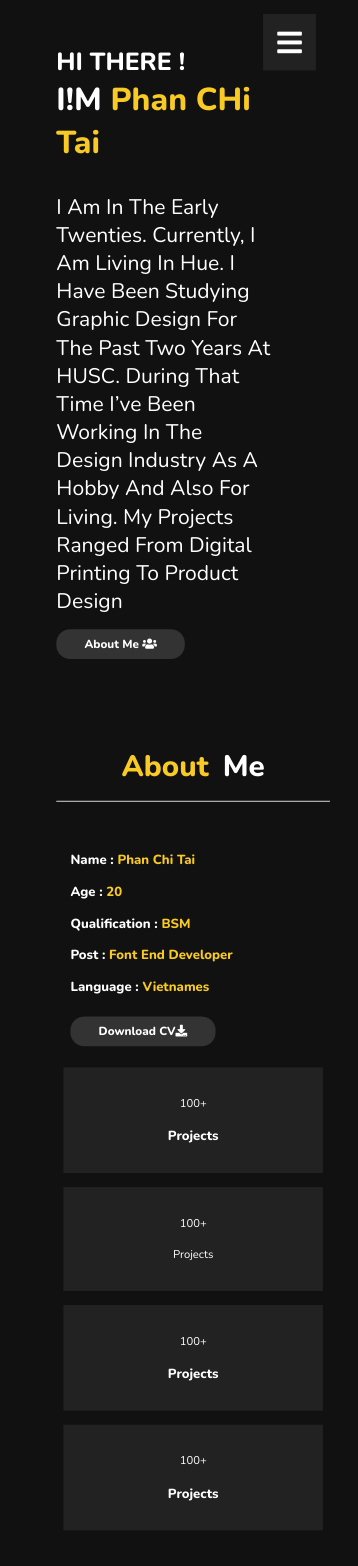
Repository: PCTai/My-profile
Page: index.html
An editor plug-in stored every save of this project. The page is shown before and after the next save, followed by the edit.
The browser window is 375 px wide. The page is 375 px wide, then 407 px, so the pictures cover 407 px, including what lies to the right of the window. The pictures show the whole page, at 88% of full size.

Above is the page before, as saved 2021-11-26 09:42:18.

### index.html
<!DOCTYPE html>
<html lang="en">
<head>
    <meta charset="UTF-8">
    <meta http-equiv="X-UA-Compatible" content="IE=edge">
    <meta name="viewport" content="width=device-width, initial-scale=1.0">
    <link rel="preconnect" href="https://fonts.googleapis.com">
    <link rel="preconnect" href="https://fonts.gstatic.com" crossorigin>
    <link href="https://fonts.googleapis.com/css2?family=Nunito:ital,wght@0,400;0,600;0,800;1,200;1,300&display=swap" rel="stylesheet">
    <link rel="stylesheet" href="/assets/font/fontawesome-free-5.15.3-web/css/all.css">

    <link rel="stylesheet" href="/assets/css/style.css">
    <link rel="stylesheet" href="/assets/css/reponsive.css">
    <title>Document</title>
</head>
<body>
    <!-- Header start -->
    <header>
        <div class="user">
            <img src="/assets/imgs/user.jpg" alt="">
            <h3 class="name">Phan Chi Tai</h3>
            <div class="post">Font End Deverloper</div>
        </div>
        <div class="navbar">
            <ul>
                <li><a href="#home">home</a></li>
                <li><a href="#about">About</a></li>
                <li><a href="#education">Education</a></li>
                <li><a href="#portfolio">Portfolio</a></li>
                <li><a href="#contact">Contact</a></li>
            </ul>
        </div>
    </header>
    <!-- Header end -->
    <div id="menu"class="fas fa-bars">
    </div>
    <!-- start home -->
    <section id="home" class="home">

        <h3>HI THERE !</h3>
        <h1>I!M <span>Phan CHi Tai</span></h1>
        <p>I am in the early twenties. Currently, I am living in Hue. I have been studying graphic design for the past two years at  HUSC. During that time I’ve been working in the design industry as a hobby and also for living. My projects ranged from digital printing to product design</p>
        <a href="#about"> <button class="btn">About me <i class="fas fa-users"></i></button></a>


    </section>
    <!-- end home -->
    <!-- start about -->
    <section id="about" class="about">
        <div class="heading"><h1><span>About</span>Me</h1></div>
        <div class="row">
            <div class="info">
                <h3>Name : <span>Phan Chi Tai</span></h3>
                <h3>Age : <span>20</span></h3>
                <h3>Qualification : <span>BSM</span></h3>
                <h3>Post : <span>Font End Developer</span></h3>
                <h3>Language : <span>Vietnames</span></h3>
                <a href="#about"> <button class="btn">Download CV<i class="fas fa-download"></i></button></a>
            </div>
            <div class="counter">
                <div class="box">
                    <span>100+</span>
                    <br>
                    <h3>projects</h3>
                </div>
                <div class="box">
                    <span>100+</span>
                    <br>
                    <p>projects</p>
                </div>
                <div class="box">
                    <span>100+</span>
                    <br>
                    <h3>projects</h3>
                </div>
                <div class="box">
                    <span>100+</span>
                    <br>
                    <h3>projects</h3>
                </div>
            </div>
        </div>
    </section>
    <!-- end about -->
    <script src="/app.js"></script>
</body>
</html>

### assets/css/style.css
:root{
    --yellow: #f9ca24;
}
*{
    font-family: 'Nunito', sans-serif;
    margin: 0;padding: 0;
    box-sizing: border-box;
    text-decoration: none;
    outline: none;border: none;
    text-transform: capitalize;
    transition: all .2s linear;
}
html{
    font-size: 62,5%;
    overflow: hidden;
}
::selection{
    background-color: var(--yellow);
    color: #333;

}
html::-webkit-scrollbar{
    width: 2rem;
}
html::-webkit-scrollbar-track{
    background-color: #333;
}
html::-webkit-scrollbar-thumb{
    background-color: var(--yellow);
}
body{
    padding-left: 25rem;
    background: #111;
}
header{
    position: fixed;
    top: 0;
    left: 0;
    z-index: 1000;
    height: 100%;
    display: flex;
    flex-direction: column;
    justify-content: center;
    align-items: center;
    width: 25rem;
    background-color: #1a1a1a;
}

.user img{
    margin-top: 2rem;
    height: 14rem;
    width: 14rem;
    border-radius: 50%;
    object-fit: cover;
    border: 0.5rem solid var(--yellow);

}
header .user .name{
    text-align: center;
    font-size: 2rem;
    color: #fff;
}
header .user .post{
    text-align: center;
    font-size: 1.5rem;
    color: #eee;
}
header .navbar ul{
    margin-top: 1rem;
    list-style: none;
    padding: 1rem 3rem;
}
header .navbar ul li a:hover{
    background-color: var(--yellow);
}
header .navbar ul li a{
    display: block;
    padding: 0.5rem 6rem;
   margin-bottom: 0.8rem;
   background-color: #333;
   color: #fff;
   font-size: 1.5rem;
   border-radius: 5rem;
   text-align: center;
   cursor: pointer;
}
#menu:hover{
    color: var(--yellow);
}


#menu{
    position: fixed;
    z-index: 1000;
    top: 1rem;
    right: 1rem;
    color: #fff;
    padding: 1rem;
    background-color: #222;
    font-size: 2rem;
    cursor: pointer;
}
section{
    min-height: 100vh;
    padding: 1rem;
}
/* home */
.home{
    font-size: 1.5rem;
    color: #fff;
    display: flex;
    flex-direction: column;
    padding: 0 2rem;
    justify-content: center;
}
.btn:hover{
    background-color: var(--yellow);
    cursor: pointer;
}
.btn{
    padding: 0.5rem 2rem;
    border-radius: 1rem;
    margin-top: 1rem;
    font-weight: bold;
    background-color: #333;
    color: #fff;
}
.home span{
    color: var(--yellow);
    margin-bottom: 2rem;

}
.home h1{
    margin-bottom: 2rem;

}
/* about */
.about{
    color: #fff;
    margin: 0 2rem;
}
.heading{
    font-size: 2rem;
    text-align: center;
    padding: 1rem;
    border-bottom: 0.1rem solid #eee;

}
.heading span{
    color: var(--yellow);
    padding-right: 1rem;
}
.info{
    flex: 1 1 45%;
    padding: 1rem;
    padding-left: 1rem;

}
.info span{
    color: var(--yellow);
}
.info h3{
    padding: 0.5rem 0;
}
.row{
    margin-top: 2rem;
    display: flex;
    justify-content: center;
    align-items: center;
    flex-wrap: wrap;

}
.counter{
    flex:1 1 55%;
    width: 55%;
    justify-content: center;
    display: flex;
    flex-wrap: wrap;

}
.box{
    background-color: #222;
    width: 7.5rem;
    padding: 2rem 0;
    text-align: center;
    margin: 0.5rem;
    display: flex;
    flex-direction: column;
    align-items: center;
    justify-content: center;

}

### assets/css/reponsive.css

@media (min-width:1200px){
    #menu{
        display: none;
    }
    .box{
        width: 11rem;
    }
}
@media (max-width:1024px){
    header{
        left: -125%;
    }
    body{
        padding: 0 2rem;
    }
    #menu{
        display: block;
    }
    .box{
        width: 9rem;
    }
}
@media (max-width:486px){

    section{
        width: 100%;
        font-size: 60%;
        padding: 2rem 0;
        padding-left: 0;
    }
    header{
        width: 100vw;
    }
   .info,.counter{
        width: 100%;
   }
   .about{
       font-size: 80%;
   }
   .heading{
       font-size: 1.4rem;
   }
   .box{
    width: 100%;
}

}
@media (max-width:939px){
    .row{
        flex-direction: column;
    }
    .info,.counter{
        width: 100%;
   }

}

### app.js

var menu=document.getElementById('menu');
var header=document.querySelector('header');
menu.onclick=function(e){
    if(this.className=='fas fa-bars'){
        this.classList.remove('fa-bars');
        this.classList.add('fa-times');
        header.style='left:0%';
    }
    else{
        this.classList.remove('fa-times');
        this.classList.add('fa-bars');
        header.style='left:-125%';
    }
};

Loaded but not shown: assets/font/fontawesome-free-5.15.3-web/css/all.css (library)

After the next save:
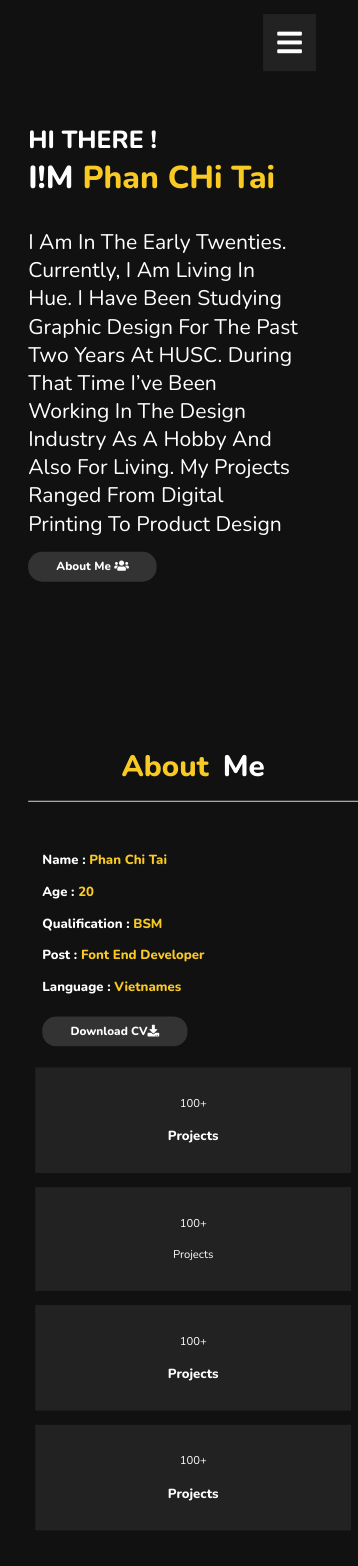
Saved 50 s later.
--- a/assets/css/reponsive.css
+++ b/assets/css/reponsive.css
@@ -22,12 +22,13 @@
     }
 }
 @media (max-width:486px){
-
+    body{
+        padding: 0;
+    }
     section{
         width: 100%;
         font-size: 60%;
         padding: 2rem 0;
-        padding-left: 0;
     }
     header{
         width: 100vw;
